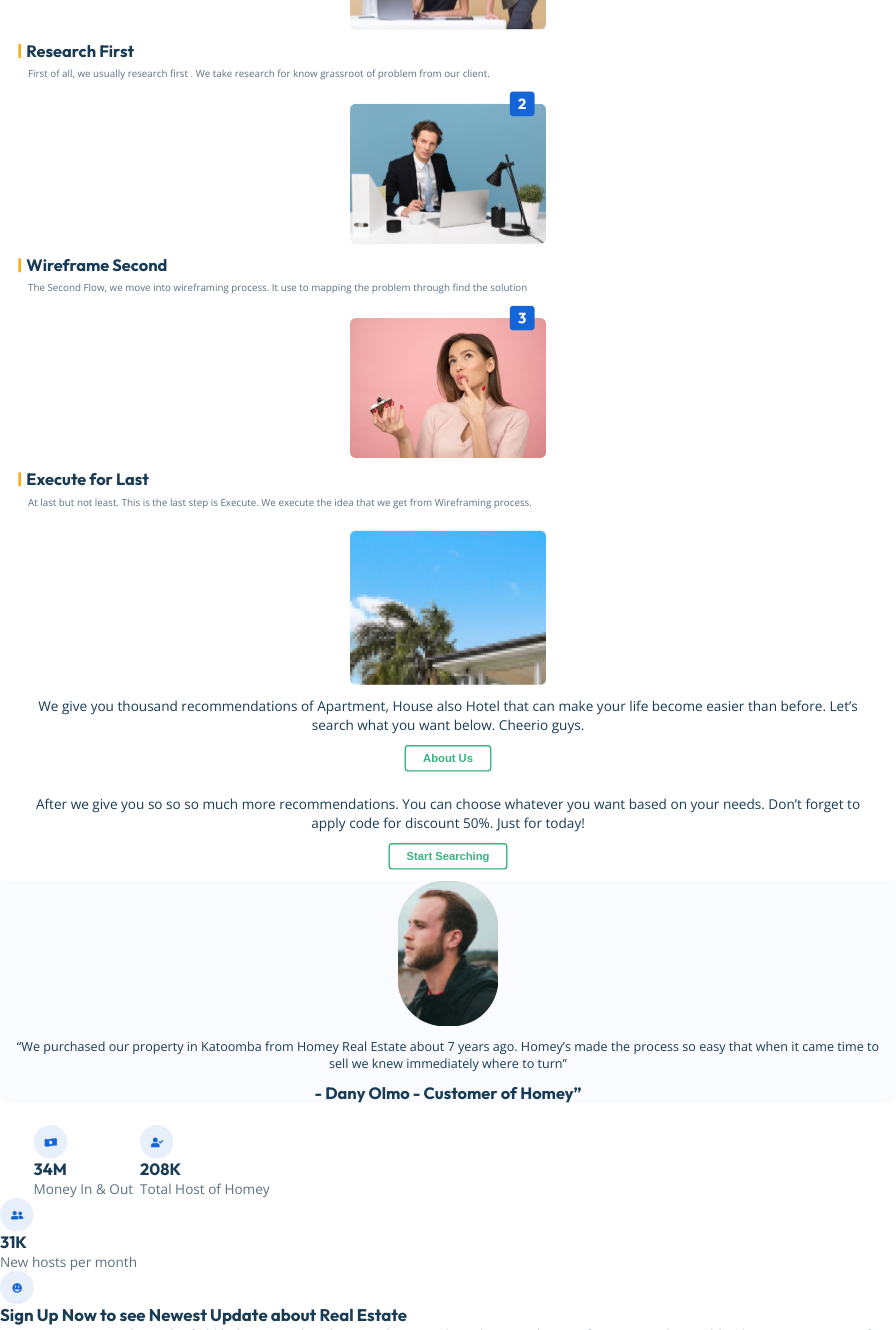
Repository: gustavoRichardt/prova-front
Page: index.html
These files come from the project's save history. The page is drawn as it stood at one moment and after the next save; the edit follows.
The browser window is 1280 px wide. The pictures show the part of the page from y = 2876 to 4776 px (the page is 5663 px tall), at 70% of full size.
A picture or video elsewhere on the page could not be fetched, so the positions and the page height are approximate.

Above is the page before, as saved 2026-09-01 15:00:51.

### index.html
<!DOCTYPE html>
<html lang="en">
<head>
    <meta charset="UTF-8">
    <meta name="viewport" content="width=device-width, initial-scale=1.0">
    <link rel="stylesheet" href="./style.css">


    <link rel="preconnect" href="https://fonts.googleapis.com">
<link rel="preconnect" href="https://fonts.gstatic.com" crossorigin>
<link href="https://fonts.googleapis.com/css2?family=Newsreader:ital,opsz,wght@0,6..72,200..800;1,6..72,200..800&family=Outfit:wght@100..900&family=Plus+Jakarta+Sans:ital,wght@0,200..800;1,200..800&family=Space+Grotesk:wght@300..700&display=swap" rel="stylesheet">


    <link rel="preconnect" href="https://fonts.googleapis.com">
<link rel="preconnect" href="https://fonts.gstatic.com" crossorigin>
<link href="https://fonts.googleapis.com/css2?family=Open+Sans:ital,wght@0,300..800;1,300..800&display=swap" rel="stylesheet">

<title>Document</title>
</head>
<body>

    <!--Cabeçalho-->

    <header class="cabecalho">
        <img src="imagens/logo.svg" alt="Logo da EHYA.">
        <img src="imagens/menu-hamburguer.svg" alt="Menu hambúrguer.">
    </header>

<main>

    <!--Hero-->

    <section class="hero">

        <h1>Best Real Estate Advice for Your Homey</h1>
        <p>We give you thousand recommendations of Apartment,
           House also Hotel that can make your life become easier than before. Let’s search what you want below</p>

            <!--Bloco de Pesquisa-->

            <div class="bloco-pesquisa">

            <div class="lupa-titulo">
                <img src="imagens/lupa-pesquisa.svg" alt="Lupa de pesquisa.">
                <p>Search City, Adress, or Country</p>
            </div>
                <button class="search-now">Search Now</button>
            </div>

        <div class="imagem-casa-hero">
            <img src="imagens/casa-hero.png" alt="Casa moderna na cor branca.">

            <h3>Don’t worry to Fail. We have Experienced with Big Company’s</h3>

        <!--Conjunto de Logos 1-->

        <div class="conjunto-logos1">
            <img src="imagens/logo-slack.svg" alt="Logo da Slack.">
            <img src="imagens/logo-netflix.svg" alt="Logo da Netflix.">
        </div>

        <!--Conjunto de Logos 2-->

        <div class="conjunto-logos2">
            <img src="imagens/logo-fitbit.svg" alt="Logo da Fitbit">
            <img src="imagens/logo-google.svg" alt="Logo do Google.">
        </div>

        <!--Conjunto de Logos 3-->

        <div class="conjunto-logos3">
            <img src="imagens/logo-airbnb.svg" alt="Logo da Airbnb.">
            <img src="imagens/logo-uber.svg" alt="Logo do Uber.">
        </div>
    </section>

        <!--Underline-->

            <div class="underline">
                <img src="imagens/traço-divisao.svg" alt="Underline usado para realizar a divisão das sessões quando necessário.">
            </div>

            <!--About Us-->

    <section class="about-us">

        <div class="about-us-introducao">
            <h3>ABOUT US</h3>
            <h2>Buying or Rent Homey it’s Very Easy. Just like Click, Search & Find </h2>
            <img src="imagens/casa-about-us.svg" alt="Casa minimalista na cor branca.">
        </div>


        <!--Digital Era-->

        <div class="digital-era">
            <h2>We live on Digital Era. We can help you in Our Expertise about Homey</h2>
            <p>Listing more than one? Enjoy full control over your advertisements, manage your entire space.
                Once you list a property on our platform, you only have to sit back and watch the world want it.</p>
        </div>

        <p>If you’re looking for a real estate service that will operate as an extension to your family - stay with us and see!</p>


        <!--Player e See How We Works-->

    <div class="about-us-veja">
        <img src="imagens/player.svg" alt="Símbolo de um player azul
        (como aqueles para continuar um vídeo no Youtube enquanto o mesmo está pausado).">

        <h3>See How We Works</h3>
        <img src="imagens/seta.svg" alt="Símbolo de uma seta azul.">
    </div>

    <!--Parte da Casa Verde-->

    <div class="about-us-casa-verde">
        <img src="imagens/casa-verde-about-us.svg" alt="Foto de um prédio de madeira na cor verde.">
        <h2>Transparent Commission and Payment under Our Trusted License</h2>
        <p>When your Homey Sold, Buyed or Booked with New Guests. You may to have 50% Commission based on Budget Deals.
           So, Don’t Worry brother :)</p>
    </div>

    <!--Lista de Benefícios-->

        <ul>
            <li>
                <img src="imagens/simbolo-check.svg" alt="Símbolo de check na cor verde.">
                <a>100% Trusted</a>
            </li>

            <li>
                <img src="imagens/simbolo-check.svg" alt="Símbolo de check na cor verde.">
                <a>Indomaret Support</a>
            </li>

            <li>
                <img src="imagens/simbolo-check.svg" alt="Símbolo de check na cor verde.">
                <a>LinkAja or Ovo. Bebas</a>
            </li>

            <li>
                <img src="imagens/simbolo-check.svg" alt="Símbolo de check na cor verde.">
                <a>Customer Support 24/7</a>
            </li>

            <li>
                <img src="imagens/simbolo-check.svg" alt="Símbolo de check na cor verde.">
                <a>Get paid quickly</a>
            </li>
        </ul>
    </section>

    <!--Seção How Us Work-->

    <section class="how-us-work">

    <div class="how-us-work-introducao">

        <h2>Do you want to know, How Us Work?</h2>
        <p>Let me show you the flow of our work. We want to transparent to you.
            We believe, you must know what we work for you. We want to educate you what you face today.</p>
    </div>

    <!--Card 1-->

    <div class="how-us-work-passo1">

        <img src="imagens/passo1-how-us-work.svg" alt="Pessoas em volta de um notebook pesquisando sobre um projeto.
        Com um card com o número 1 acima da imagem, simbolizando o primeiro passo.">
    </div>

        <div class="marcador-titulo-passo1">
            <img src="imagens/marcador-amarelo.svg" alt="Marcador amarelo.">
            <h3>Research First</h3>
        </div>

    <div class="p-passo1">
        <p>First of all, we usually research first . We take research for know grassroot of problem from our client.</p>
    </div>

    <!--Card 2-->

    <div class="how-us-work-passo2">

        <img src="imagens/passo2-how-us-work.svg" alt="Homem sentado em sua mesa de trabalho olhando para o horizonte em busca de soluções.
        Com um card com o número 2 acima da imagem, simbolizando o segundo passo.">
    </div>

        <div class="marcador-titulo-passo2">
            <img src="imagens/marcador-amarelo.svg" alt="Marcador amarelo.">
            <h3>Wireframe Second</h3>
        </div>

    <div class="p-passo2">
        <p>The Second Flow, we move into wireframing process. It use to mapping the problem through find the solution</p>
    </div>

    <!--Card 3-->

    <div class="how-us-work-passo3">

        <img src="imagens/passo3-how-us-work.svg" alt="Mulher comendo um doce, simbolizando a etapa final do processo.
         Com um card com o número 3 acima da imagem, simbolizando o terceiro passo.">
    </div>

         <div class="marcador-titulo-passo3">
            <img src="imagens/marcador-amarelo.svg" alt="Marcador amarelo.">
            <h3>Execute for Last</h3>
         </div>

    <div class="p-passo3">
         <p>At last but not least. This is the last step is Execute. We execute the idea that we get from Wireframing process.</p>
    </div>

    <div class="recomendacoes">
        <div class="imagem-recomendacoes">
            <img src="imagens/casa-how-us-work.png" alt="Casa de madeira com dois andares na cor branca.">
        </div>
            <p>We give you thousand recommendations of Apartment, House also Hotel that can make your life become easier than before.
                Let’s search what you want below. Cheerio guys.</p>
    </div>

    <!--Botão About Us-->

    <div class="how-us-work-about-us">
        <button class="button-about-us">About Us</button>

        <p>After we give you so so so much more recommendations.
            You can choose whatever you want based on your needs. Don’t forget to apply code for discount 50%. Just for today!</p>
    </div>

    <!--Botão Start Searching-->

        <button class="start-searching">Start Searching</button>
    </section>

    <!--Dany Olmo-->

    <section class="dany-olmo">

        <img src="imagens/dany-olmo.svg" alt="Foto de rosto de Dany Olmo, Cliente da Homey.">
        <p>“We purchased our property in Katoomba from Homey Real Estate about 7 years ago.
            Homey’s made the process so easy that when it came time to sell we knew immediately where to turn”</p>

        <h3>- Dany Olmo - Customer of Homey”</h3>
    </section>

    <section class="dados">

        <!--Dados-->

    <div class="conjunto-dados1">
        <div class="dinheiro">

            <img src="imagens/dinheiro.svg" alt="Desenho de uma nota de dinheiro.">
            <h3>34M</h3>
            <p>Money In & Out</p>
        </div>

        <div class="total-hospedeiros">

            <img src="imagens/total-hospedeiros.svg" alt="Desenho de uma pessoa com um símbolo de chech do lado.">
            <h3>208K</h3>
            <p>Total Host of Homey</p>
        </div>
    </div>

        <div class="novos-hospedeiros">

            <img src="imagens/novos-hospedeiros.svg" alt="Duas pessoas lado a lado.">
            <h3>31K</h3>
            <p>New hosts per month</p>
        </div>

        <div class="clientes-felizes">

            <img src="imagens/clientes-felizes.svg" alt="Desenho de uma carinha com um sorriso.">
        </div>
    </section>

    <!--Cadastre-se-->

    <section class="cadastre-se">

        <h2>Sign Up Now to see Newest Update about Real Estate</h2>
        <p>Just insert your email into the field below. You already can to know update about Real Estate from entire the world.
            What are you waiting for?</p>

        <button class="email">
            <p>Your email</p>
            <img src="imagens/email.svg" alt="Símbolo da caixa de entrada do email.">
        </button>

        <p>You can Unsubsribe anytime when you feels our notif is diturbing</p>
    </section>

</main>

    <footer class="rodape">

        <!--Rodapé-->

        <ul class="rodape-product">
            <p>Product</p>
            <li><a>Landingpage</a></li>
            <li><a>Features</a></li>
            <li><a>Documentation</a></li>
            <li><a>Referral Program</a></li>
            <li><a>Pricing</a></li>
        </ul>

        <ul class="rodape-services">
            <p>Services</p>
            <li><a>Documentation</a></li>
            <li><a>Design</a></li>
            <li><a>Themes</a></li>
            <li><a>Illustrations</a></li>
            <li><a>UI Kit</a></li>
        </ul>

        <ul class="rodape-company">
            <p>Company</p>
            <li><a>About</a></li>
            <li><a>Terms</a></li>
            <li><a>Privacy Policy</a></li>
            <li><a>Careers</a></li>
        </ul>

        <ul class="rodape-more">
            <p>More</p>
            <li><a>Documentation</a></li>
            <li><a>License</a></li>
            <li><a>Changelog</a></li>
        </ul>

        <!--Final do Rodapé-->

        <img src="imagens/logo.svg" alt="Logo da EHYA.">
        <p>Build a modern and creative website with crealand</p>
        <img src="imagens/logo-redes-sociais.svg">

    </footer>

</body>
</html>

### style.css
*{
    box-sizing: border-box;
    margin: 0;
    padding: 0;
}

html, body {
    width: 100%;
    max-width: 100vw;
    overflow-x: hidden;
}

img {
    max-width: 100%;
    height: auto;
    display: block;
}

h1 {
    font-family: "Outfit", sans-serif;
    color: #183B56;
    text-align: center;
    margin-top: 3rem;
    margin-bottom: 2rem;

    font-size: clamp(2rem, 1.5714rem + 2.1429vw, 3.5rem);
}

h2 {
    color: #183B56;
    font-family: "Outfit", sans-serif;
}

h3 {
    font-family: "Outfit", sans-serif;
    color: #183B56;

    font-size: clamp(1.25rem, 1.1786rem + 0.3571vw, 1.5rem);
}

p {
    font-family: "Open Sans", sans-serif;
    color: #5A7184;

    font-size: clamp(1rem, 0.9286rem + 0.3571vw, 1.25rem);
}

/*Cabeçalho*/

.cabecalho {
    display: flex;
    justify-content: space-between;
    margin: 1rem;
}

/*Hero*/

.hero p {
    margin-left: 1rem;
    margin-right: 1rem;
    text-align: center;
}

.bloco-pesquisa {
    border-radius: 10px;
    background-color: white;
}

.lupa-titulo {
    display: flex;
    margin-top: 2rem;
    justify-content: center;
}

.search-now {
    background-color: #1565D8;
    color: white;
    display: block;
    margin: 0 auto;
    border: none;
    border-radius: 5px;
    margin-top: 1rem;
    margin-bottom: 1rem;

    font-size: clamp(1rem, 0.9643rem + 0.1786vw, 1.125rem);

    padding-top: 1rem;
    padding-bottom: 1rem;
    padding-left: 6rem;
    padding-right: 6rem;
}

.hero h3 {
    margin-left: 1rem;
    margin-right: 1rem;
    margin-bottom: 2rem;
    margin-top: 2rem;

    text-align: center;
}

.conjunto-logos1 {
    display: flex;
    gap: 3rem;
    justify-content: space-around;
    margin-left: 1rem;
    margin-right: 1rem;
    margin-bottom: 2rem;

}

.conjunto-logos2 {
    display: flex;
    gap: 3rem;
    justify-content: space-around;
    margin-left: 1rem;
    margin-right: 1rem;
    margin-bottom: 2rem;
}

.conjunto-logos3 {
    display: flex;
    gap: 3rem;
    justify-content: space-around;
    margin-left: 1rem;
    margin-right: 1rem;
    margin-bottom: 2rem;
}

.underline {
    margin-top: 2rem;
    margin-bottom: 3rem;
    display: flex;
    justify-content: center;
}

/*About Us*/

.about-us-introducao h3 {
    color: #36B37E;
    display: flex;
    justify-content: center;
    margin-bottom: 1rem;

    text-align: center;

    font-size: clamp(0.875rem, 0.875rem + 0vw, 0.875rem);
}

.about-us-introducao h2 {
    font-size: clamp(1.75rem, 1.6071rem + 0.7143vw, 2.25rem);
    font-family: "Outfit", sans-serif;
    color: #183B56;
    text-align: center;
    margin-bottom: 1rem;
    margin-left: 1rem;
    margin-right: 1rem;

    font-weight: 400;
}

.about-us-introducao img {
    display: block;
    margin: 0 auto;
    margin-bottom: 2rem;
}

.digital-era h2 {
    font-size: clamp(1.5rem, 1.3571rem + 0.7143vw, 2rem);

    text-align: center;
    margin-left: 1.25rem;
    margin-right: 1.25rem;
    margin-bottom: 2rem;
}

.digital-era p {
    margin-bottom: 1rem;
    text-align: center;
}

.about-us p {
    text-align: center;
    margin-left: 1.5rem;
    margin-right: 1.5rem;
}

.about-us-veja {
    display: flex;
    justify-content: center;
    margin-top: 1rem;
    margin-bottom: 3rem;
    gap: 0.5rem;
}

.about-us-veja h3 {
    margin-top: 0.3rem;
    color:#1565D8;
    text-align: center;
}

.about-us-casa-verde img {
    display: block;
    margin: 0 auto;
}

.about-us-casa-verde h2 {
    text-align: center;
    margin-top: 2rem;
    margin-bottom: 1rem;
}

.about-us-casa-verde p {
    margin-left: 1.25rem;
    margin-right: 1.25rem;

    margin-bottom: 2rem;
}

.about-us ul {
    font-family: "Open Sans", sans-serif;
    color: #183B56;
    text-decoration: none;
    font-size: clamp(1rem, 1rem + 0vw, 1rem);
}

.about-us li {
    display: flex;
    justify-content: center;
    margin-bottom: 1rem;
    gap: 0.5rem;
}

/*How Us Work*/

.how-us-work h2 {
    font-size: clamp(1.75rem, 1.6071rem + 0.7143vw, 2.25rem);
    text-align: center;
    margin-bottom: 1rem;
}

.how-us-work p {
    color: #183B56;
    margin-left: 1.25rem;
    margin-right: 1.25rem;
    text-align: center;

    margin-bottom: 1rem;
}

/*Card 1*/

.how-us-work-passo1 img {
    display: block;
    margin: 0 auto;
}

.marcador-titulo-passo1 {
    display: flex;
    gap: 0.5rem;

    margin-top: 1rem;
    margin-bottom: 0.5rem;
    margin-left: 1.6rem;
}

.p-passo1 p {
    text-align: left;
    margin-left: 2.5rem;
    font-size: clamp(0.875rem, 0.875rem + 0vw, 0.875rem);
    color: #5A7184;
}

/*Card 2*/

.how-us-work-passo2 img {
    display: block;
    margin: 0 auto;
}

.marcador-titulo-passo2 {
    display: flex;
    gap: 0.5rem;

    margin-top: 1rem;
    margin-bottom: 0.5rem;
    margin-left: 1.6rem;
}

.p-passo2 p {
    text-align: left;
    margin-left: 2.5rem;
    font-size: clamp(0.875rem, 0.875rem + 0vw, 0.875rem);
    color: #5A7184;
}

/*Card 3*/

.how-us-work-passo3 img {
    display: block;
    margin: 0 auto;
}

.marcador-titulo-passo3 {
    display: flex;
    gap: 0.5rem;

    margin-top: 1rem;
    margin-bottom: 0.5rem;
    margin-left: 1.6rem;
}

.p-passo3 p {
    text-align: left;
    margin-left: 2.5rem;
    margin-bottom: 2rem;
    font-size: clamp(0.875rem, 0.875rem + 0vw, 0.875rem);
    color: #5A7184;
}

.recomendacoes img {
    display: block;
    margin: 0 auto;
    margin-bottom: 1rem;
}

.recomendacoes p {
    margin-left: 1.5rem;
    margin-right: 1.5rem;
}

.button-about-us {
    border-radius: 5px;
    border: 2px solid #36B37E;
    background-color: white;
    color: #36B37E;
    font-weight: bolder;

    padding-left: 1.5rem;
    padding-right: 1.5rem;
    padding-bottom: 0.5rem;
    padding-top: 0.5rem;

    font-size: 16px;

    display: block;
    margin: 0 auto;
}

.how-us-work-about-us p {
    margin-top: 2rem;
    margin-left: 1.75rem;
    margin-right: 1.75rem;
}

.start-searching {
    border-radius: 5px;
    border: 2px solid #36B37E;
    background-color: white;
    color: #36B37E;
    font-weight: bolder;

    padding-left: 1.5rem;
    padding-right: 1.5rem;
    padding-bottom: 0.5rem;
    padding-top: 0.5rem;

    font-size: 16px;

    display: block;
    margin: 0 auto;
    margin-bottom: 1rem;
}

/*Dany Olmo*/

.dany-olmo {
    border-radius: 10px;
    background-color: #F9FBFE;
}

.dany-olmo img {
    display: block;
    margin: 0 auto;
    margin-bottom: 1rem;
}

.dany-olmo p {
    margin-left: 1.5rem;
    margin-right: 1.5rem;
    margin-bottom: 1rem;

    color: #183B56;
    font-size: 18px;
    font-weight: 350;
    text-align: center;
}

.dany-olmo h3 {
    text-align: center;
}

/*Dados*/

.dinheiro {
    margin-top: 2rem;
    display: flex;
    flex-direction: column;
}

.dinheiro img {
    width: 48px;
    height: 48px;
}

.total-hospedeiros {
    margin-top: 2rem;
    display: flex;
    flex-direction: column;
}

.total-hospedeiros img {
    width: 48px;
    height: 48px;
}

.conjunto-dados1 {
    display: flex;
    align-items: center;
    gap: 10px;
    margin-left: 3rem;
}

### imagens/menu-hamburguer.svg
<svg width="24" height="24" viewBox="0 0 24 24" fill="none" xmlns="http://www.w3.org/2000/svg">
<path d="M21.9102 18.4971C22.5121 18.4972 23 18.9893 23 19.5967C23 20.2041 22.5121 20.6962 21.9102 20.6963H2.08984C1.48792 20.6962 1 20.2041 1 19.5967C1.00002 18.9893 1.48793 18.4972 2.08984 18.4971H21.9102ZM21.9102 10.748C22.5121 10.7482 23 11.2412 23 11.8486C22.9999 12.4559 22.512 12.9481 21.9102 12.9482H2.08984C1.48801 12.9481 1.00014 12.4559 1 11.8486C1 11.2412 1.48792 10.7482 2.08984 10.748H21.9102ZM21.9102 3C22.512 3.00013 22.9998 3.49236 23 4.09961C23 4.70704 22.5121 5.20006 21.9102 5.2002H2.08984C1.48792 5.20006 1 4.70704 1 4.09961C1.00021 3.49236 1.48805 3.00013 2.08984 3H21.9102Z" fill="#3A4C66"/>
</svg>

### imagens/lupa-pesquisa.svg
<svg width="19" height="19" viewBox="0 0 19 19" fill="none" xmlns="http://www.w3.org/2000/svg">
<path d="M17.7539 15.5742L14.2383 12.0586C14.0625 11.918 13.8516 11.8125 13.6406 11.8125H13.0781C14.0273 10.582 14.625 9.03516 14.625 7.3125C14.625 3.30469 11.3203 0 7.3125 0C3.26953 0 0 3.30469 0 7.3125C0 11.3555 3.26953 14.625 7.3125 14.625C9 14.625 10.5469 14.0625 11.8125 13.0781V13.6758C11.8125 13.8867 11.8828 14.0977 12.0586 14.2734L15.5391 17.7539C15.8906 18.1055 16.418 18.1055 16.7344 17.7539L17.7188 16.7695C18.0703 16.4531 18.0703 15.9258 17.7539 15.5742ZM7.3125 11.8125C4.81641 11.8125 2.8125 9.80859 2.8125 7.3125C2.8125 4.85156 4.81641 2.8125 7.3125 2.8125C9.77344 2.8125 11.8125 4.85156 11.8125 7.3125C11.8125 9.80859 9.77344 11.8125 7.3125 11.8125Z" fill="#5A7184"/>
</svg>

### imagens/traço-divisao.svg
<svg width="281" height="1" viewBox="0 0 281 1" fill="none" xmlns="http://www.w3.org/2000/svg">
<path d="M0.5 0.5H280.5" stroke="#E5EAF4" stroke-linecap="square"/>
</svg>

### imagens/player.svg
<svg width="37" height="37" viewBox="0 0 37 37" fill="none" xmlns="http://www.w3.org/2000/svg">
<g opacity="0.2">
<path fill-rule="evenodd" clip-rule="evenodd" d="M18.375 36.375C28.3161 36.375 36.375 28.3161 36.375 18.375C36.375 8.43387 28.3161 0.375 18.375 0.375C8.43387 0.375 0.375 8.43387 0.375 18.375C0.375 28.3161 8.43387 36.375 18.375 36.375Z" stroke="#1565D8" stroke-width="0.75"/>
</g>
<rect x="4.875" y="4.875" width="27" height="27" rx="13.5" fill="#1565D8"/>
<path d="M24.3438 18.5039C25.1914 19.0234 25.1914 20.2539 24.3438 20.7734L14.7188 26.4609C13.8438 26.9805 12.75 26.3516 12.75 25.3125V13.9375C12.75 12.8164 13.9258 12.3516 14.7188 12.8164L24.3438 18.5039Z" fill="white"/>
</svg>

### imagens/seta.svg
<svg width="13" height="13" viewBox="0 0 13 13" fill="none" xmlns="http://www.w3.org/2000/svg">
<path d="M5.19531 0.847656L5.79688 0.246094C6.07031 0 6.48047 0 6.72656 0.246094L12.0586 5.55078C12.3047 5.82422 12.3047 6.23438 12.0586 6.48047L6.72656 11.8125C6.48047 12.0586 6.07031 12.0586 5.79688 11.8125L5.19531 11.2109C4.94922 10.9375 4.94922 10.5273 5.19531 10.2539L8.50391 7.10938H0.65625C0.273438 7.10938 0 6.83594 0 6.45312V5.57812C0 5.22266 0.273438 4.92188 0.65625 4.92188H8.50391L5.19531 1.80469C4.94922 1.53125 4.92188 1.12109 5.19531 0.847656Z" fill="#1565D8"/>
</svg>

### imagens/simbolo-check.svg
<svg width="15" height="12" viewBox="0 0 15 12" fill="none" xmlns="http://www.w3.org/2000/svg">
<g id="Icon">
<path id="Icon_2" d="M5.09764 10.957L0.205078 6.09374C0.0683591 5.95702 0 5.78124 0 5.56639C0 5.35155 0.0683591 5.17577 0.205078 5.03905L1.28906 3.98437C1.42578 3.82812 1.59668 3.75 1.80175 3.75C2.00683 3.75 2.1875 3.82812 2.34374 3.98437L5.62499 7.26561L12.6562 0.234374C12.8125 0.078125 12.9931 0 13.1982 0C13.4033 0 13.5742 0.078125 13.7109 0.234374L14.7949 1.28906C14.9316 1.42578 15 1.60156 15 1.8164C15 2.03125 14.9316 2.20703 14.7949 2.34374L6.15233 10.957C6.01561 11.1133 5.83983 11.1914 5.62499 11.1914C5.41014 11.1914 5.23436 11.1133 5.09764 10.957Z" fill="#36B37E"/>
</g>
</svg>

### imagens/marcador-amarelo.svg
<svg width="4" height="20" viewBox="0 0 4 20" fill="none" xmlns="http://www.w3.org/2000/svg">
<rect width="4" height="20" rx="1" fill="#FAAD13"/>
</svg>

Loaded but not shown: imagens/logo-fitbit.svg (13 lines, source omitted); imagens/logo-airbnb.svg (3 lines, source omitted); imagens/logo-redes-sociais.svg (32 lines, source omitted); imagens/logo-slack.svg (15 lines, source omitted); imagens/logo.svg (10 lines, source omitted); imagens/logo-google.svg (8 lines, source omitted); imagens/logo-uber.svg (6 lines, source omitted); imagens/passo3-how-us-work.svg (16 lines, source omitted); imagens/logo-netflix.svg (3 lines, source omitted); imagens/passo2-how-us-work.svg (16 lines, source omitted); imagens/clientes-felizes.svg (4 lines, source omitted); imagens/novos-hospedeiros.svg (4 lines, source omitted); imagens/total-hospedeiros.svg (4 lines, source omitted); imagens/dinheiro.svg (4 lines, source omitted); imagens/dany-olmo.svg (14 lines, source omitted)

After the next save:
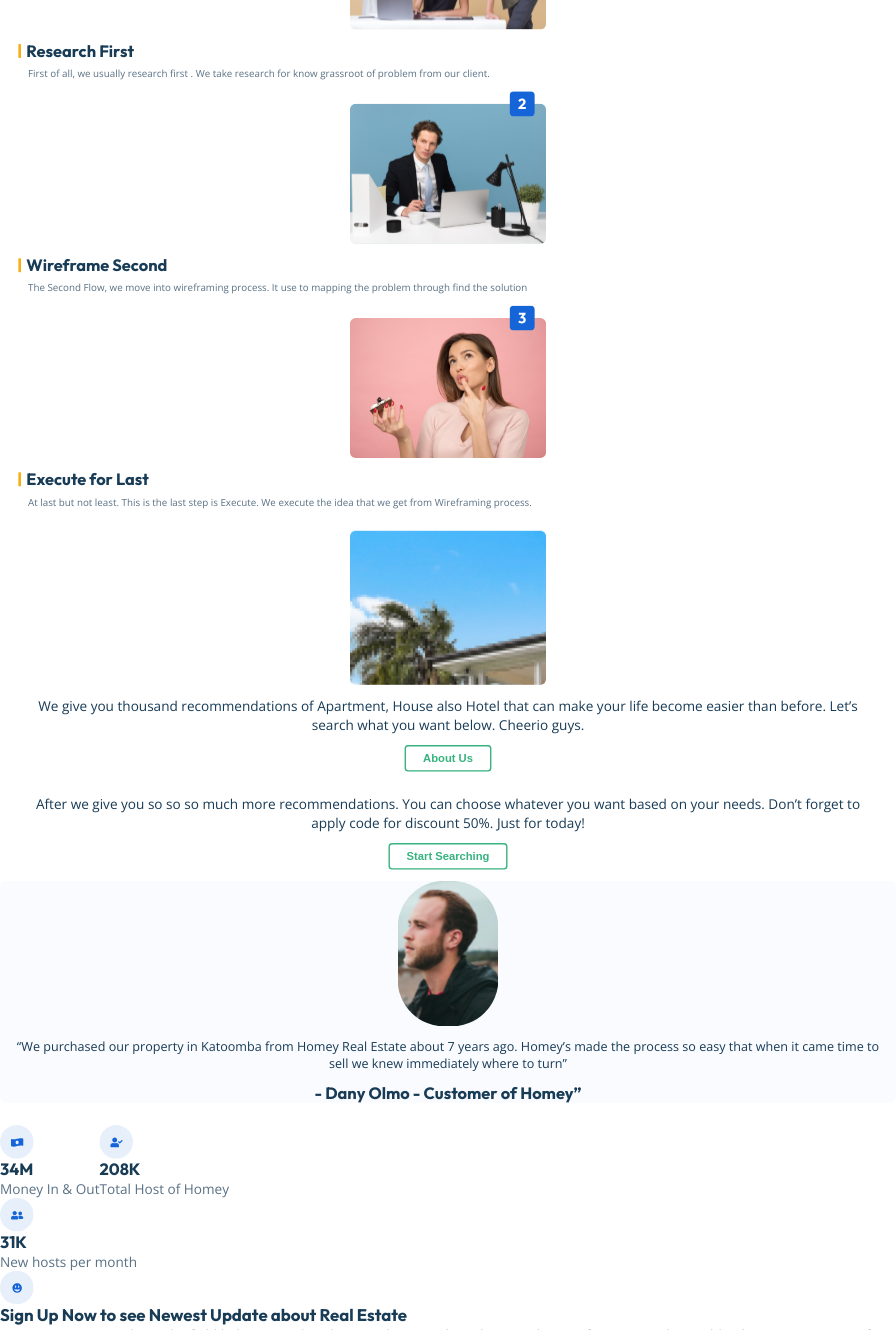
Saved 8 s later.
--- a/style.css
+++ b/style.css
@@ -427,6 +427,4 @@
 .conjunto-dados1 {
     display: flex;
     align-items: center;
-    gap: 10px;
-    margin-left: 3rem;
-}
+}
